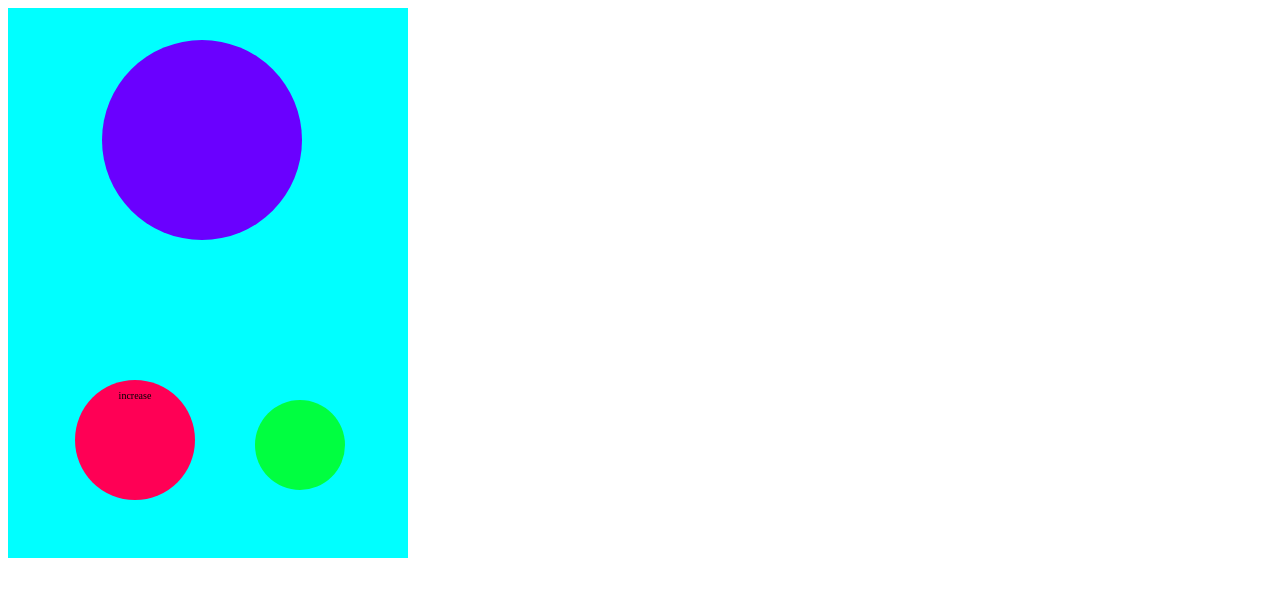
Repository: sara55m/Counter_App
Page: index.html
These files come from the project's save history. The page is drawn as it stood at one moment and after the next save; the edit follows.
The browser window is 1280 px wide. The pictures show the whole page.

Above is the page before, as saved 2024-07-30 03:26:43.

### index.html
<!DOCTYPE html>
<html lang="en">
<head>
    <meta charset="UTF-8">
    <meta name="viewport" content="width=device-width, initial-scale=1.0">
    <title>Document</title>
    <link rel="stylesheet" href="css/style.css">
</head>
<body>
    <div class="container">
        <div class="main" id="main"></div>
        <div class="increase" id="increase" onclick="increase()"><p>increase</p></div>
        <div class="reset" onclick="reset_1()"></div>
    </div>
    <script src="js/script.js"></script>
</body>
</html>

### css/style.css
.container{
    height:550px;
    width:400px;
    background-color: aqua;
}

.main{
    position:absolute;
    top:40px;
    left:102px;
    height:200px;
    width:200px;
    border-radius: 50%;
    background-color: rgb(106, 0, 255);
    text-align: center;
    font-size: 50px;
}


.increase{
    position:absolute;
    top:380px;
    left:75px;
    height:120px;
    width:120px;
    border-radius: 50%;
    background-color: rgb(255, 0, 85);
    text-align: center;
    font-size: 50px;
}
p{
    font-size: 10px;;
}


.reset{
    position:absolute;
    top:400px;
    left:255px;
    height:90px;
    width:90px;
    border-radius: 50%;
    background-color: rgb(0, 255, 64);
}

### js/script.js
let count=0;
let count1=0;
function increase(){
    count+=1;
    count1+=1;
    document.getElementById("increase").innerHTML=count;
    document.getElementById("main").innerHTML=count1;

}


function reset_1(){
    let count=0;
    let x=document.getElementById("main").innerHTML=count;

}

After the next save:
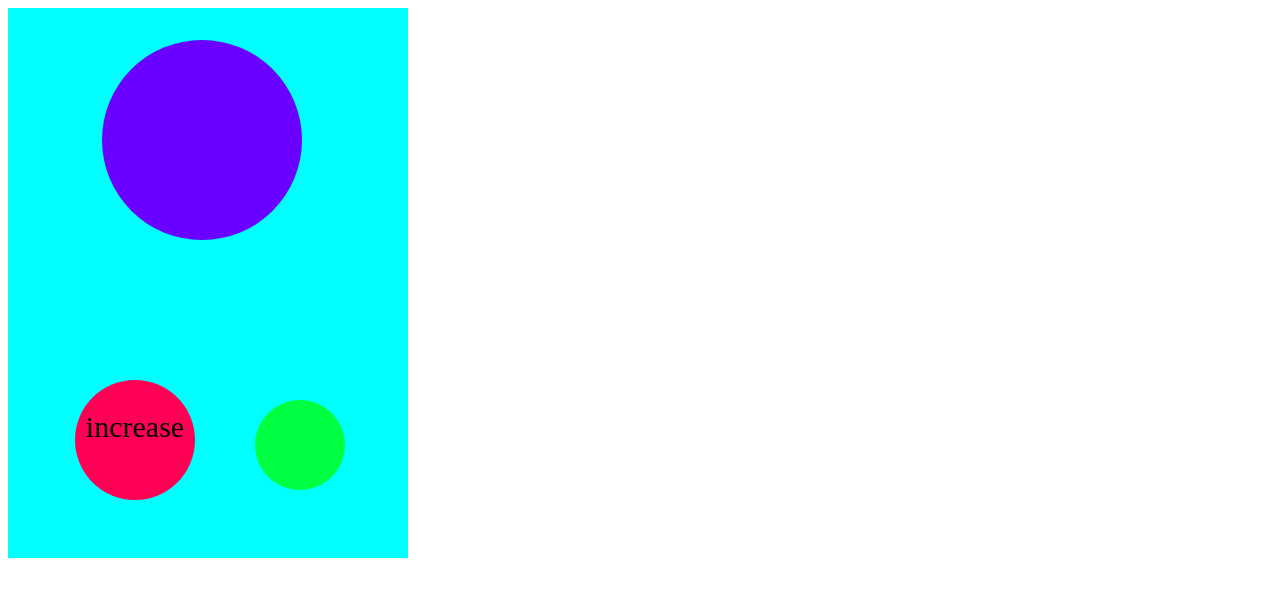
Saved 40 s later.
--- a/css/style.css
+++ b/css/style.css
@@ -29,7 +29,7 @@
     font-size: 50px;
 }
 p{
-    font-size: 10px;;
+    font-size: 30px;;
 }
 
 
